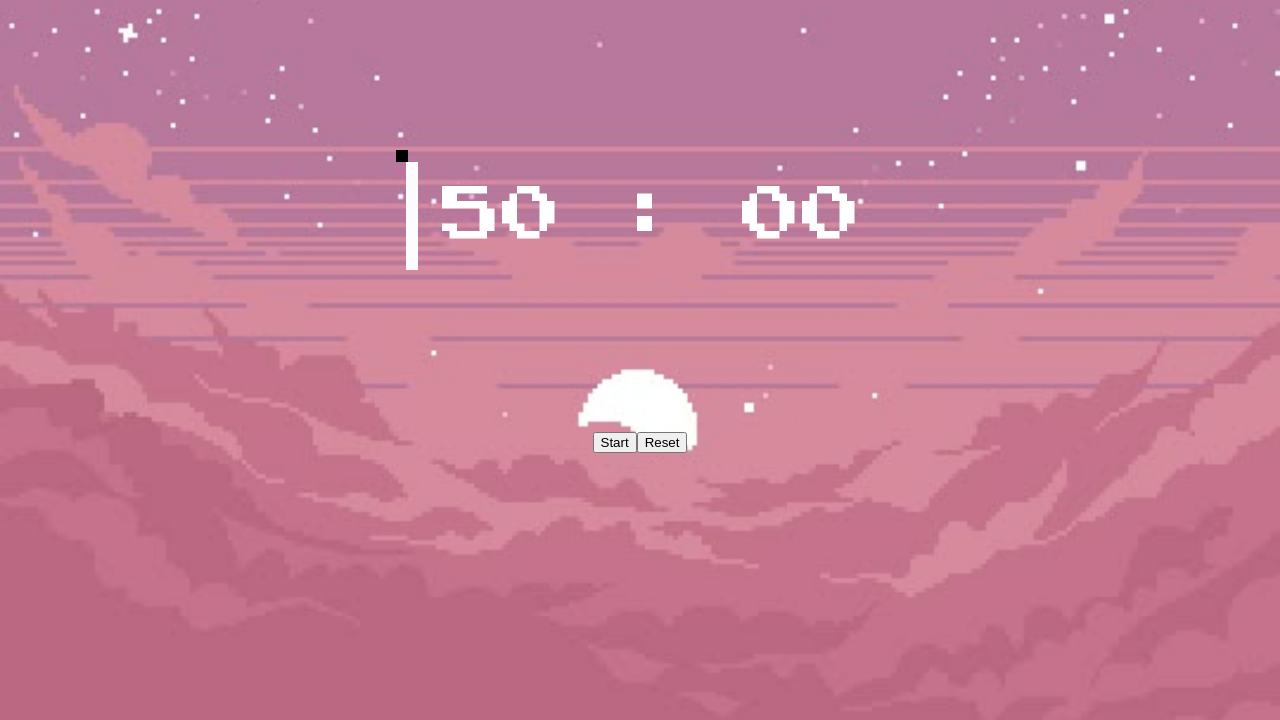
Repository: niharikapatil2306/Study-Timer
Page: index.html
The author's editor kept a copy of each file at every save. The page is drawn from the files as they stood at one save, then again after the next save.
The browser window is 1280 px wide. The pictures show the whole page.

Above is the page before, as saved 2025-02-15 19:26:54.

After the next save:
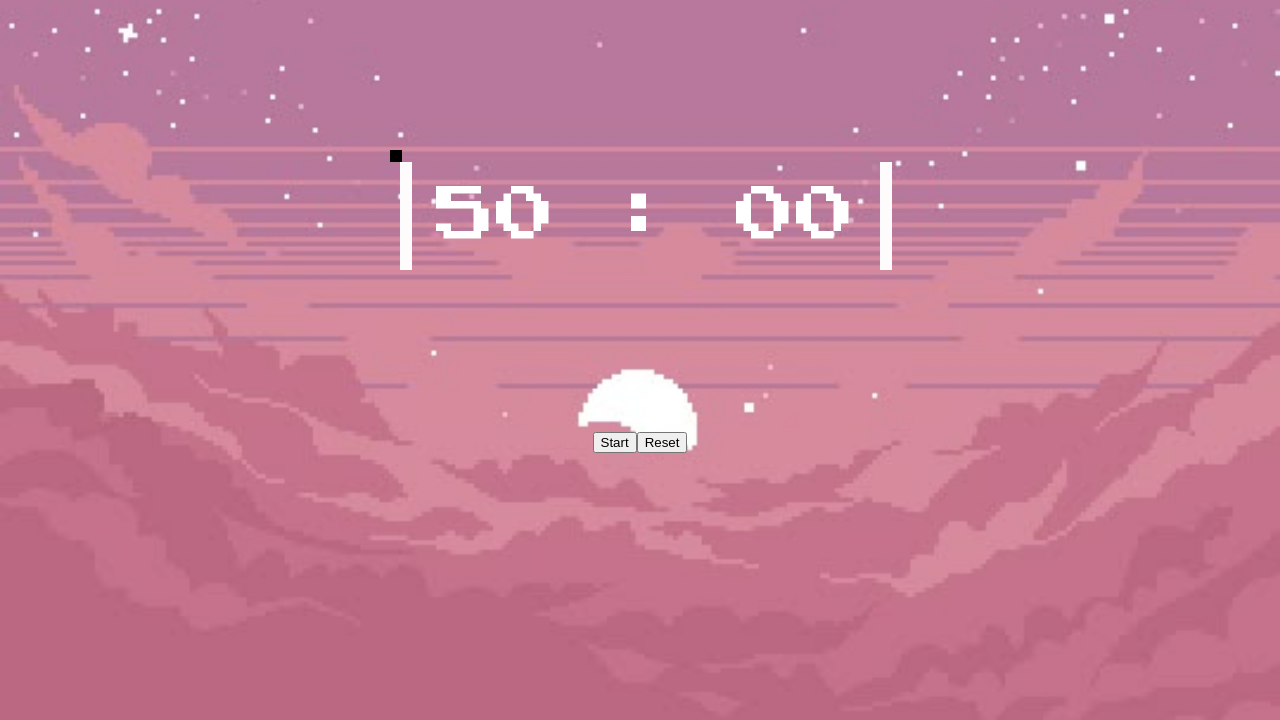
Saved 6 s later.
--- a/style.css
+++ b/style.css
@@ -11,7 +11,7 @@ body {
 
 .box{
     border-left: 12px solid #FDFBFC;
-    border-left: 12px solid #FDFBFC;
+    border-right: 12px solid #FDFBFC;
     padding: 24px;
 }
 
